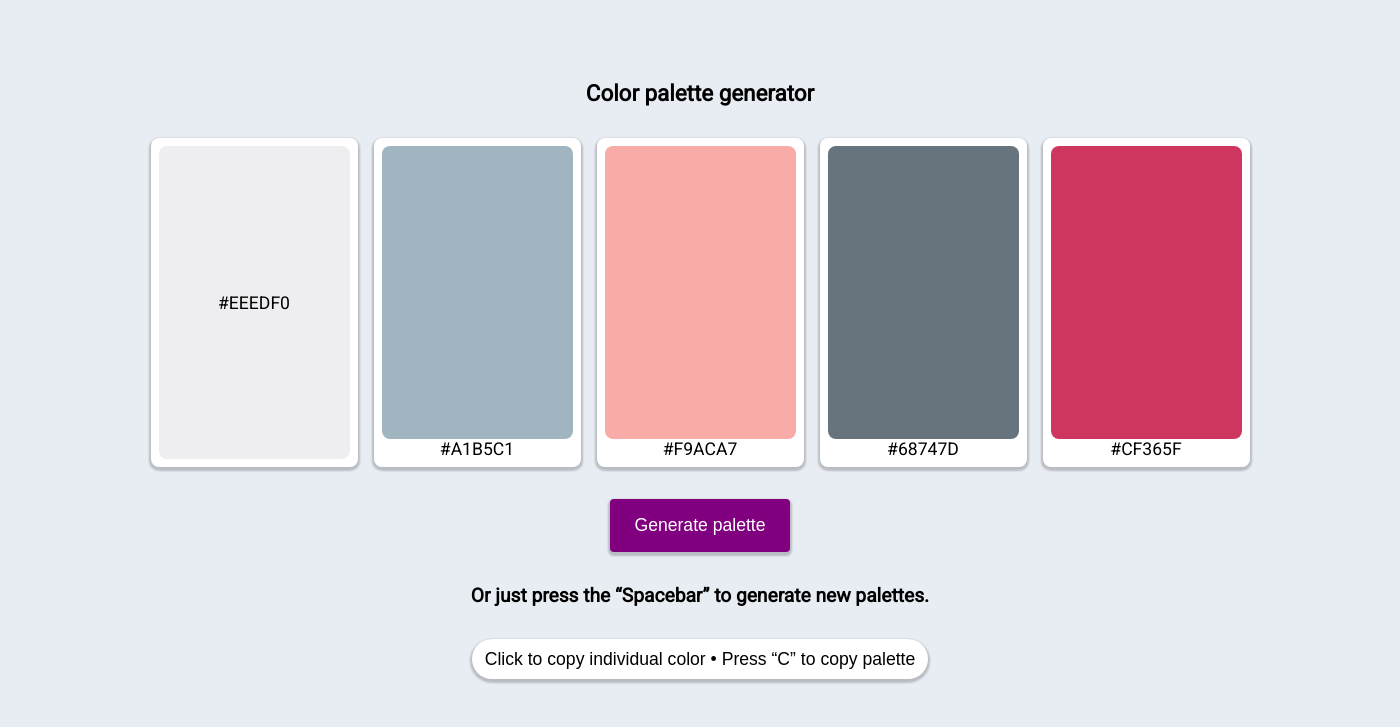
Repository: Hcmwebs/Color-Palette-Generator
Page: index.html
These files come from the project's save history. The page is drawn as it stood at one moment and after the next save; the edit follows.
The browser window is 1280 px wide. The page is 1400 px wide, so the pictures cover 1400 px, including what lies to the right of the window. The pictures show the whole page.

Above is the page before, as saved 2020-10-22 13:52:58.

After the next save:
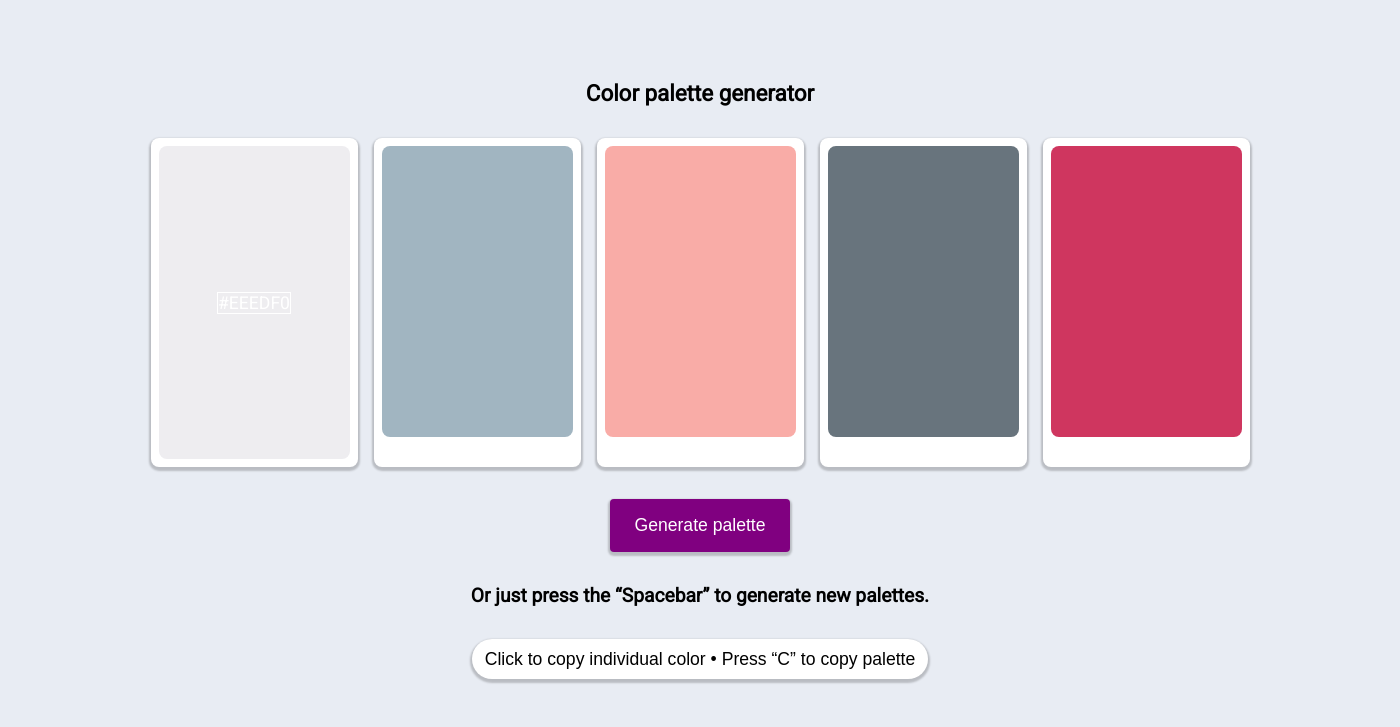
Saved 4 min 12 s later.
--- a/styles.css
+++ b/styles.css
@@ -116,6 +116,8 @@ h3 {
   font-size: 1.1rem;
   font-weight: 400;
   margin: auto;
+  color:#fff;
+  border:1px solid #fff;
 }
 
 .btn--generate {
